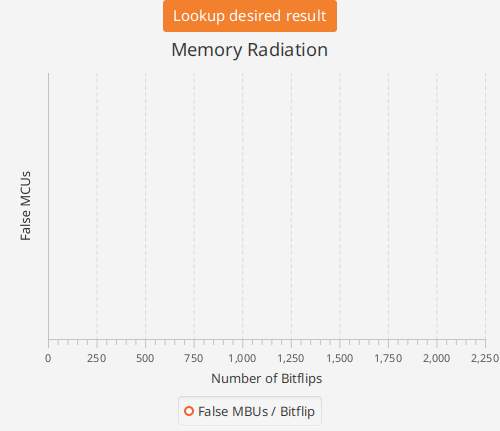
Repository: jalguacilgon/TFG-MemoryRadiation-JesusAlguacilGonzalez
Program's window: java TFG/MemoryRadiation/src/linechart/Memory.java
These files come from the project's save history. The program's window is drawn as it stood at one moment and after the next save; the edit follows.
It runs on Java 21 on a 1366 x 768 screen with JavaFX 11; the title bar is not drawn.

Above is the program's window before, as saved 2021-09-08 17:53:02.

### TFG/MemoryRadiation/src/linechart/Memory.java
package linechart;

import java.io.IOException;

import form.MethodSelection;
import javafx.application.Application;
import javafx.stage.Stage;
import resources.FormToMemoryController;
import resources.MemoryToWindowController;
import javafx.scene.Scene;
import javafx.scene.chart.LineChart;
import javafx.scene.chart.NumberAxis;
import javafx.scene.chart.XYChart;
import javafx.scene.control.Button;
import javafx.scene.layout.HBox;
import javafx.scene.layout.Priority;
import javafx.scene.layout.StackPane;
import javafx.scene.layout.VBox;
import javafx.scene.text.Font;


public class Memory extends Application {

	private int size;
	private int D;
	private MethodSelection method;

	private double [] errors;
	private int nBitflips = 2000;


	@Override
	public void start(Stage primaryStage) {
		init(primaryStage);
	}

	private void init(Stage primaryStage) {
		// TODO Auto-generated method stub
		NumberAxis xAxis = new NumberAxis();
		xAxis.setLabel("Number of Bitflips");

		NumberAxis yAxis = new NumberAxis();
		yAxis.setLabel("False MCUs");

		LineChart<Number, Number> lineChart = new LineChart<Number, Number>(xAxis, yAxis);
		lineChart.setTitle("Memory Radiation");

		XYChart.Series<Number, Number> data = new XYChart.Series<>();
		data.setName("False MBUs / Bitflip");

		if(this.method == MethodSelection.MD)
			this.calculateMD(data);
		else
			this.calculateIND(data);

		lineChart.getData().add(data);

        StackPane spLineChart = new StackPane();
        spLineChart.getChildren().add(lineChart);

        Button formButton = new Button("New search");
        formButton.setOnMouseClicked((event)->{
            FormToMemoryController controller = new FormToMemoryController();
            try {
            	controller.switchToForm(event);
			} catch (IOException e) {
				e.printStackTrace();
			}
        });
        formButton.setStyle("-fx-text-fill: white;-fx-background-color: #f3802d;-fx-cursor: hand;");
        Font font = new Font("Cantara", 15);
        formButton.setFont(font);

        Button windowButton = new Button("Lookup desired result");
        windowButton.setOnMouseClicked((event)->{
            MemoryToWindowController controller = new MemoryToWindowController();
            try {
            	controller.switchToWindow(event, this);
			} catch (IOException e) {
				e.printStackTrace();
			}
        });
        windowButton.setStyle("-fx-text-fill: white;-fx-background-color: #f3802d;-fx-cursor: hand;");
        windowButton.setFont(font);

        StackPane spButton = new StackPane();
        spButton.getChildren().addAll(formButton, windowButton);

        VBox vbox = new VBox();
        VBox.setVgrow(spLineChart, Priority.ALWAYS);
        vbox.getChildren().addAll(spButton, spLineChart);

        HBox.setHgrow(spLineChart, Priority.ALWAYS);
        VBox.setVgrow(spLineChart, Priority.ALWAYS);

        Scene scene = new Scene(vbox);

		primaryStage.setTitle("Memory Radiation");
		primaryStage.setScene(scene);
		primaryStage.show();


	}

	private void calculateMD(XYChart.Series<Number, Number> data) {
		this.errors = new double [this.nBitflips + 1];
		double Np, Nbf, Nfm2;
		for(int i = 0; i <= this.nBitflips; ++i) {
			Nbf = i;
			Np =  (Nbf * (Nbf - 1))/2;
			Nfm2 = Math.pow(this.size, -1) * Np * 2 * this.D * (this.D + 1);
			this.errors[i] = 1 - Math.pow(Math.E, -Nfm2);
			System.out.println(i + ": Nbf: " + Nbf + ", Np: " + Np + ", Nfm2: " + Nfm2);
			data.getData().add(new XYChart.Data<Number, Number>(i, this.errors[i]));
		}
	}

	private void calculateIND(XYChart.Series<Number, Number> data) {
		this.errors = new double [this.nBitflips + 1];
		double Np, Nbf, Nfm2;
		for(int i = 1; i <= this.nBitflips; ++i) {
			Nbf = i;
			Np =  (Nbf * (Nbf - 1))/2;
			Nfm2 = Math.pow(this.size, -1) * Np * 4 * this.D * (this.D + 1);
			this.errors[i] = 1 - Math.pow(Math.E, -Nfm2);
			System.out.println(i + ": Nbf: " + Nbf + ", Np: " + Np + ", Nfm2: " + Nfm2);
			data.getData().add(new XYChart.Data<Number, Number>(i, this.errors[i]));
		}
	}

	public String findDesiredFalseMCUs(double desiredFalseMCUs) {
		for (int i = 0; i < this.errors.length; ++i) {
			if(this.errors[i] >= desiredFalseMCUs)
				return "" + i;
		}
		return "Could not find expected result";
	}

	public void setSize(int size) {
		this.size = size;
	}

	public void setD(int d) {
		D = d;
	}

	public void setMethod(MethodSelection method) {
		this.method = method;
	}
}

### TFG/MemoryRadiation/src/form/MethodSelection.java
package form;

public enum MethodSelection {
	MD,
	IND
}

After the next save:
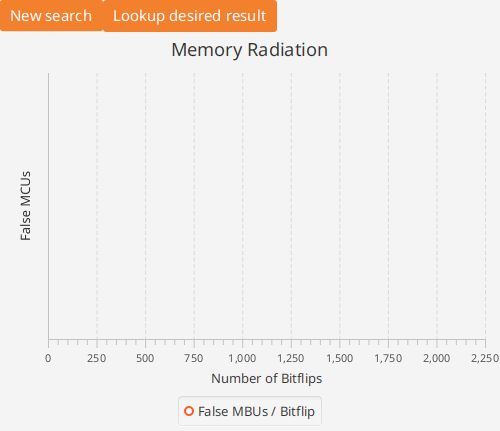
Saved 3 min 56 s later.
--- a/TFG/MemoryRadiation/src/linechart/Memory.java
+++ b/TFG/MemoryRadiation/src/linechart/Memory.java
@@ -83,8 +83,11 @@
         windowButton.setStyle("-fx-text-fill: white;-fx-background-color: #f3802d;-fx-cursor: hand;");
         windowButton.setFont(font);
 
+        HBox hbox = new HBox();
+        hbox.getChildren().addAll(formButton, windowButton);
+
         StackPane spButton = new StackPane();
-        spButton.getChildren().addAll(formButton, windowButton);
+        spButton.getChildren().add(hbox);
 
         VBox vbox = new VBox();
         VBox.setVgrow(spLineChart, Priority.ALWAYS);
